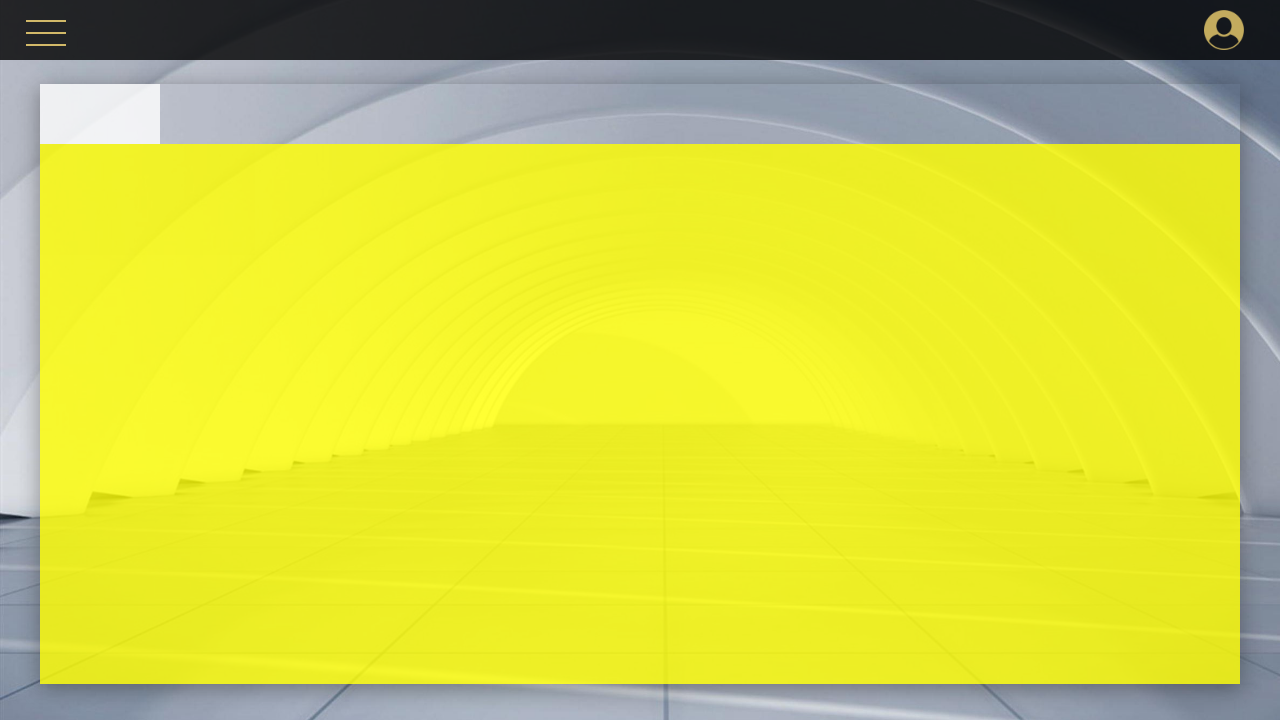
Repository: ustc-hzy/ziYang
Page: login.html
An editor plug-in stored every save of this project. The page is shown before and after the next save, followed by the edit.
The browser window is 1280 px wide. The pictures show the whole page.

Above is the page before, as saved 2020-06-19 12:01:31.

After the next save:
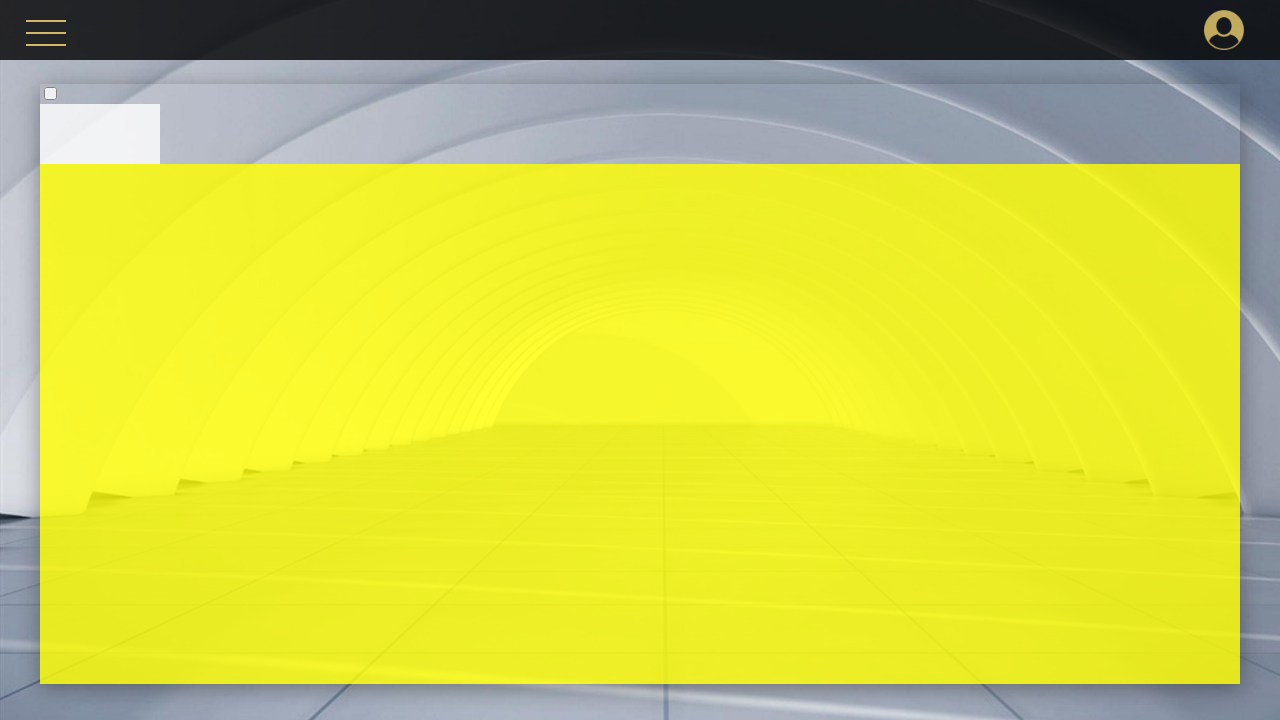
Saved 26 s later.
--- a/css/login.css
+++ b/css/login.css
@@ -45,7 +45,7 @@ body {
 }
 /* 用于开关的checkbox */
 #login{
-    display: none;
+    /* display: none; */
 }
 .button{
     width: 120px;
